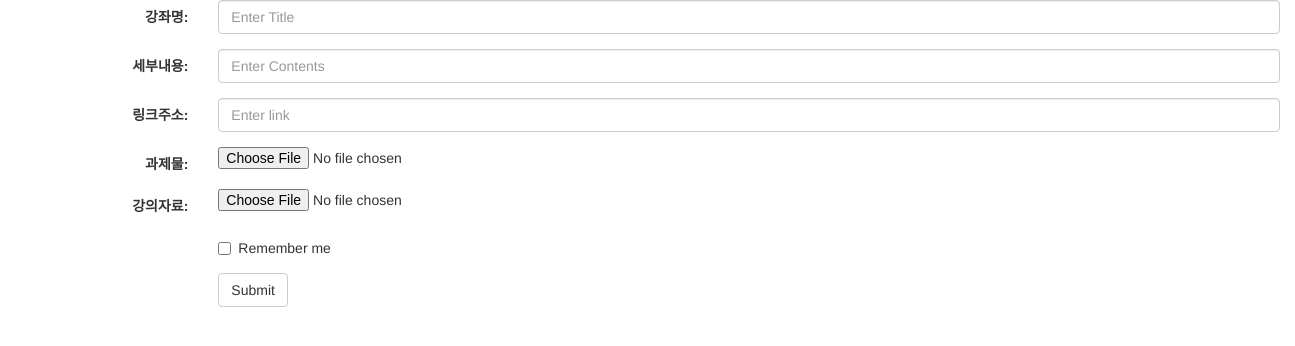
Repository: akacanet87/4pweather_final
Page: http://localhost/MinSsaem/lecture/registlecture.jsp
The author's editor kept a copy of each file at every save. The page is drawn from the files as they stood at one save, then again after the next save.
The browser window is 1280 px wide. The page is 1295 px wide, so the pictures cover 1295 px, including what lies to the right of the window. The pictures show the whole page.
The page is served by Tomcat 9.

Above is the page before, as saved 2016-10-30 19:10:25.

After the next save:
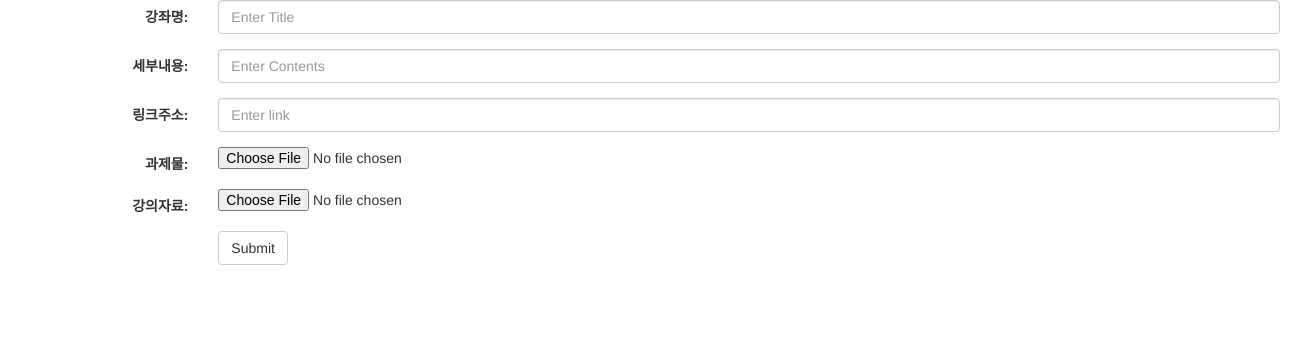
Saved 30 s later.
--- a/MinSsaem/WebContent/lecture/registlecture.jsp
+++ b/MinSsaem/WebContent/lecture/registlecture.jsp
@@ -63,13 +63,6 @@
 
 		<div class="form-group">
 			<div class="col-sm-offset-2 col-sm-10">
-				<div class="checkbox">
-					<label><input type="checkbox"> Remember me</label>
-				</div>
-			</div>
-		</div>
-		<div class="form-group">
-			<div class="col-sm-offset-2 col-sm-10">
 				<button class="btn btn-default" onClick="regist()">Submit</button>
 			</div>
 		</div>
